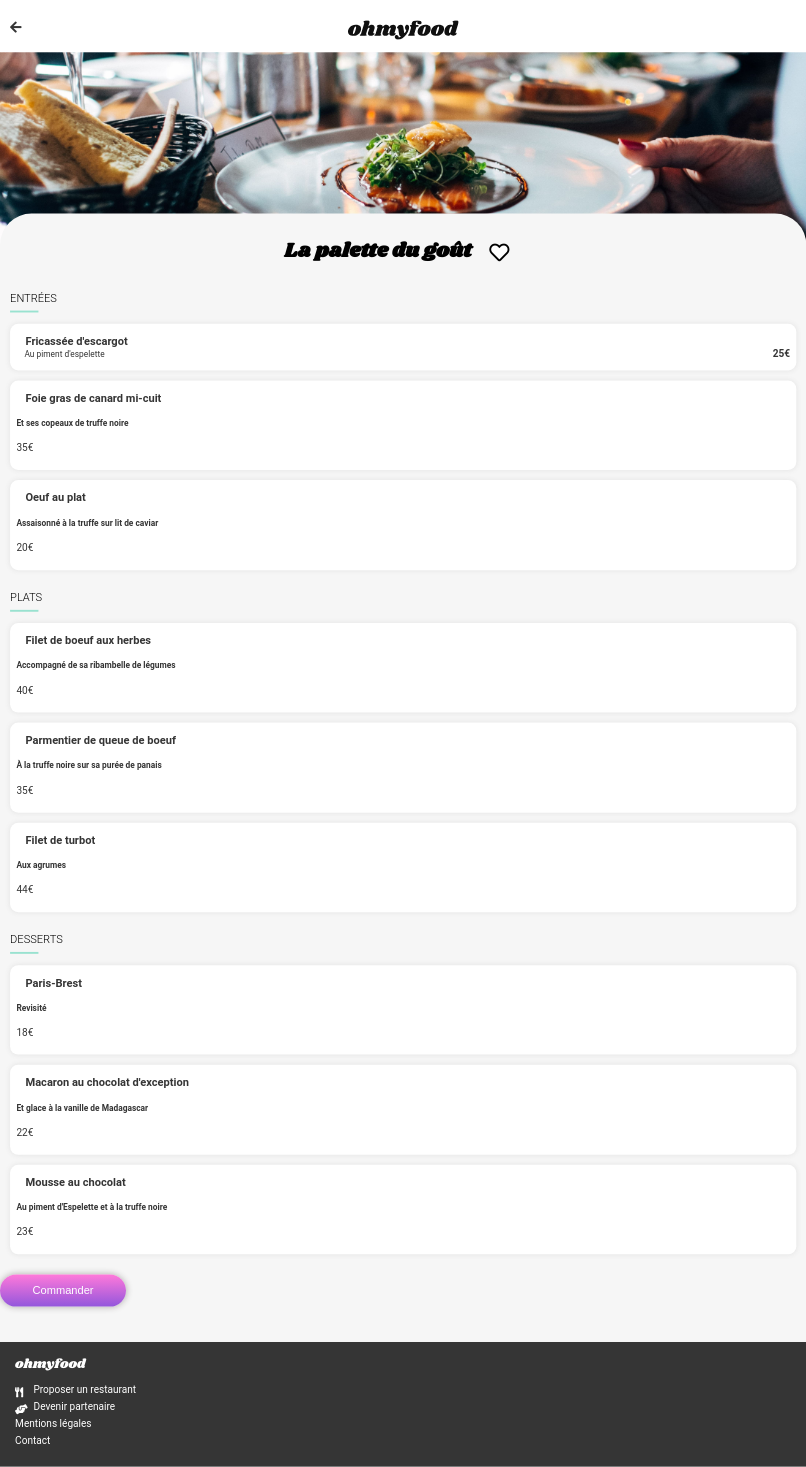
Repository: AlexisTisserand/AlexisTisserand_3_24112020
Page: menu-la-palette-du-gout.html
An editor plug-in stored every save of this project. The page is shown before and after the next save, followed by the edit.
The browser window is 1280 px wide. The pictures show the whole page, at 63% of full size.
Some web libraries are served in a nearby version. The style sheet was rebuilt from its Sass, Less or Tailwind sources for each picture, by a compiler version that may differ from the author's.

Above is the page before, as saved 2020-12-03 14:40:18.

After the next save:
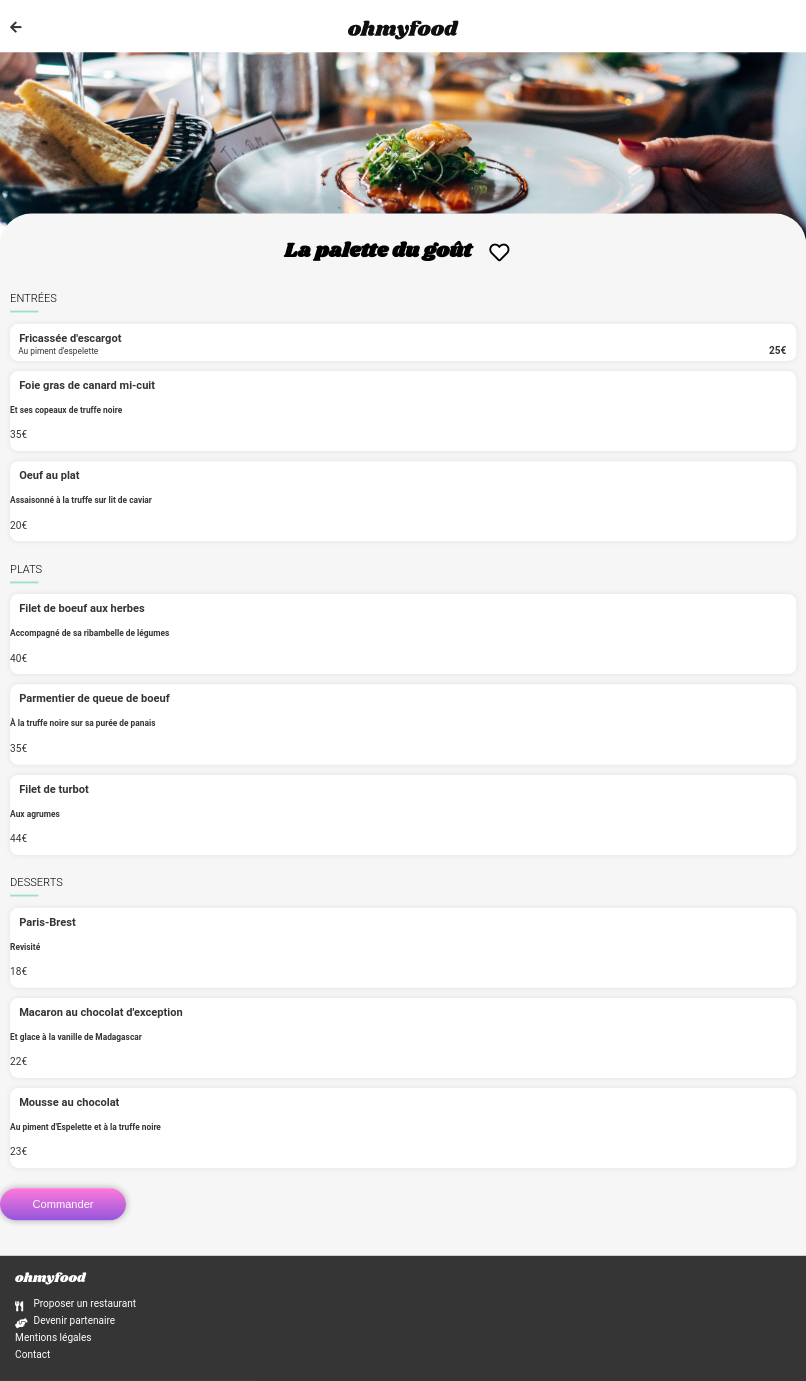
Saved 96 s later.
--- a/sass/style.scss
+++ b/sass/style.scss
@@ -448,7 +448,7 @@ header{
         margin-left: $size;
         margin-bottom: $size;
         margin-right: $size;
-        padding: 10px;
+        padding: 0.3rem 1rem 0 0;
         width: 100%;
         h4{
         @extend .margin-plats;
